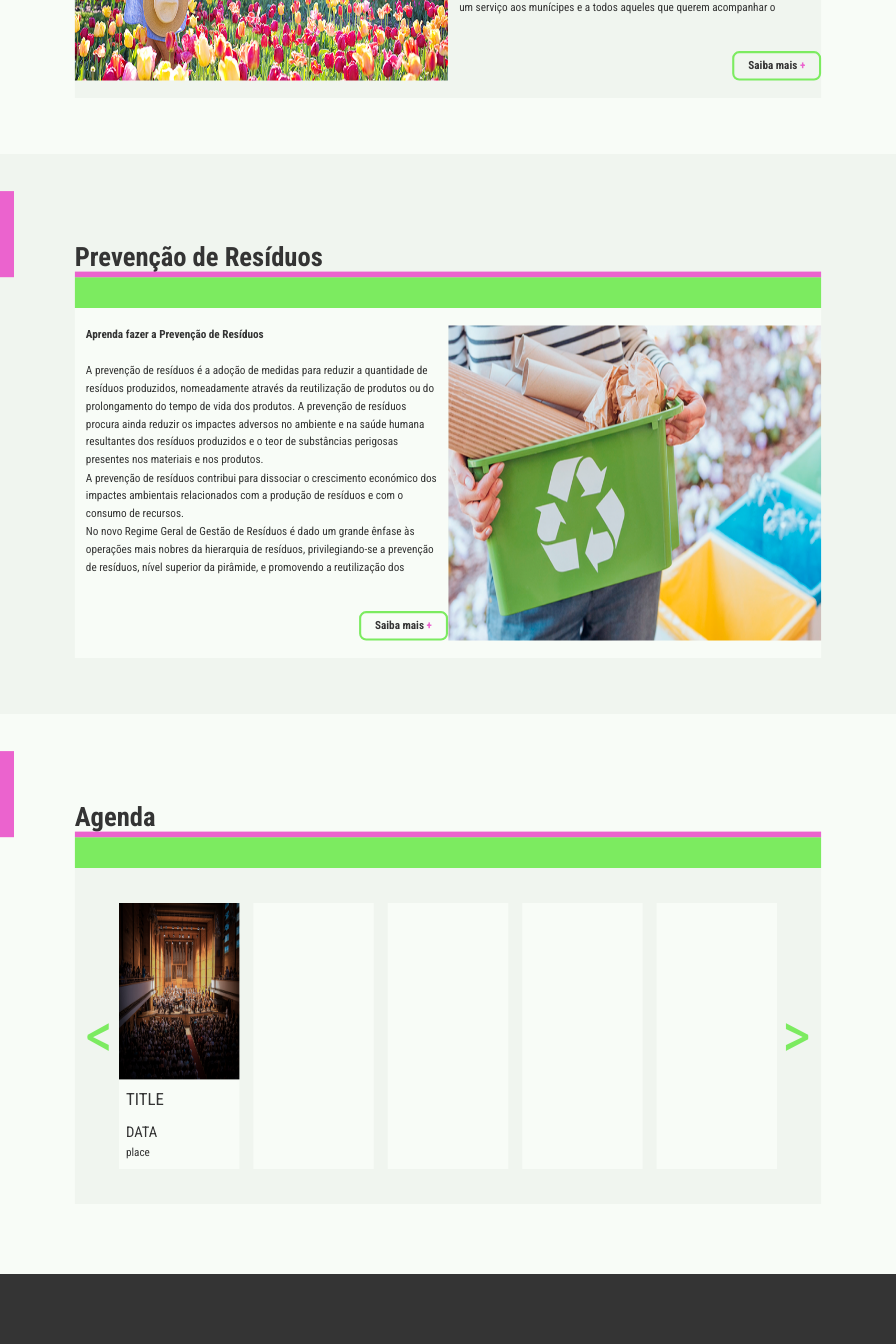
Repository: Goulart94/CmVilaFeliz
Page: index.html
An editor plug-in stored every save of this project. The page is shown before and after the next save, followed by the edit.
The browser window is 1280 px wide. The pictures show the part of the page from y = 3640 to 5560 px (the page is 5560 px tall), at 70% of full size.
The style sheet was rebuilt from its Sass, Less or Tailwind sources for each picture, by a compiler version that may differ from the author's.

Above is the page before, as saved 2022-05-16 14:51:49.

### index.html
<!doctype html>
<html class="no-js" lang="pt" dir="ltr">

<head>
  <meta charset="utf-8">
  <meta http-equiv="x-ua-compatible" content="ie=edge">
  <meta name="viewport" content="width=device-width, initial-scale=1.0">
  <title>Foundation for Sites</title>
  <link rel="stylesheet" href="css/foundation.css">
  <link rel="stylesheet" href="https://unpkg.com/swiper@8/swiper-bundle.min.css" />
  <link rel="stylesheet" href="css/app.css">
  <link rel="preconnect" href="https://fonts.googleapis.com">
  <link rel="preconnect" href="https://fonts.gstatic.com" crossorigin>
  <link href="https://fonts.googleapis.com/css2?family=Roboto+Condensed:wght@400;700&display=swap" rel="stylesheet">
</head>

<body>

  <div class="ContaineHeader grid-x">
    <div class="logo cell small-4 medium-8 large-4">
      <img src="./images/logo.png" alt="logo">
    </div>
    <div class="navBar cell small-8 medium-4 large-8">
      <nav class="float-right">
        <ul>
          <li>Home</li>
          <li>Município</li>
          <li>Família</li>
          <li>Escolas</li>
          <li>Empresas</li>
        </ul>
      </nav>
    </div>
  </div>
  <!--section 1-->
  <section class="containerSectionOne grid-x">
    <div class="containerImg">
      <img src="./images/logolight.png" alt="Vila Feliz">
    </div>
  </section>
  <!--section 2-->
  <section class="containerSectionTwo">

    <div class="orbit" role="region" aria-label="Favorite Space Pictures" data-orbit>
      <ul class="orbit-container grid-x grid-margin-x ">
        <div class="news">
          <div class="now">ACONTECE EM VILA FELIZ</div>
          <div class="allNews">TODAS AS NOTICÍAS</div>
        </div>
        <button class="orbit-previous cell small-3"><span class="buttomSlider">
            < </span> </button> <button class="orbit-next cell small-3"><span class="buttomSlider"> > </span></button>
        <li class="is-active orbit-slide">
          <img class="orbit-image" src="./images/teste1.jpg" alt="Space">
          <div class="orbit-caption grid-x">
            <div class="containerText cell small-6 medium-6 grid-margin-x">
              <h1>Sinfónica Série Clássica</h1>
              <p>Os concertos de sexta-feira à noite são especialmente dedicados à grande música sinfónica, àquelas
                obras-primas que nos arrebatam irresistivelmente e que deram forma ao cânone da música ocidental. Como
                esquecer as inspiradas sinfonias clássicas de Schubert, Haydn, Mozart e Beethoven? Ou a magnitude
                monumental de obras saídas da pena de Mahler e Bruckner? Todos estes são nomes que marcaram a vida
                musical de Viena, a capital do país que serve de tema à programação de 2018. Mas a Série Clássica
                apresenta também fabulosas sinfonias que pela sua sonoridade característica nos levam até outras
                paragens – seja a Finlândia de Sibelius, a Boémia de Dvořák ou as paisagens escocesas que inspiraram
                Mendelssohn, sem esquecer o maior sinfonista português de sempre, Joly Braga Santos. <br></br>

                A música concertante está também, como sempre, presente com solistas virtuosos e interpretações que
                ficam na memória. Joseph Swensen e Christian Zacharias renovam a tradição dos maestros-solistas, mas a
                Orquestra Sinfónica acompanha ainda o Stradivarius ex Viotti 1718 nas mãos experientes do multipremiado
                violinista vienense Benjamin Schmid, e dois jovens solistas com carreira em franca ascensão: a
                violinista georgiana Veriko Tchumburidze e o pianista português Pedro Emanuel Pereira, que interpretam
                os magníficos Concertos de Khatchaturian e de Grieg. Entre partituras tão sedutoras quanto Sonho de Uma
                Noite de Verão de Mendelssohn ou La Valse de Ravel, Don Juan de Strauss ou Danças Sinfónicas de
                Rachmaninoff, a Série Clássica surpreende com a revelação de uma fantástica obra perdida até há bem
                pouco tempo e que tem agitado as salas de concerto de todo o mundo: o Canto Fúnebre de Stravinski.
              </p>
              <div><button class="buttomInfo">Saiba mais <span>+</span></button></div>
            </div>
          </div>
        </li>
        <li class="orbit-slide">
          <img class="orbit-image" src="./images/teste2.jpg" alt="Space">
          <div class="orbit-caption grid-x">
            <div class="containerText cell small-6 medium-6 grid-margin-x">
              <h1>Vila Feliz tem doze praias com bandeira azul</h1>
              <p>Em 2022 o concelho de Odemira conta com 12 praias com Bandeira Azul, o símbolo de qualidade e
                excelência, atribuído pela ABAE – Associação Bandeira Azul da Europa. Nas praias do Malhão Norte, Malhão
                Sul, Franquia, Farol, Furnas Rio, Furnas Mar, Almograve Norte, Almograve Sul, Zambujeira do Mar,
                Alteirinhos, Carvalhal e na praia fluvial de Santa Clara volta a ser hasteada a Bandeira Azul.

                Foram aprovadas as 12 candidaturas apresentadas pela autarquia à Bandeira Azul, o que comprova a
                qualidade das praias odemirenses. Este ano, a época balnear no concelho de Odemira será fixada entre os
                dias 10 de junho e 18 de setembro.

                A Bandeira Azul é um símbolo de qualidade ambiental atribuído anualmente a praias fluviais e costeiras
                que se candidatem ao galardão e que cumpram um conjunto de critérios que incidem nas áreas da Informação
                e Educação Ambiental; Qualidade da Água; Gestão Ambiental e Equipamentos; Segurança e Serviços.

                No âmbito da educação ambiental, o Município de Odemira tem vindo a desenvolver um conjunto de
                atividades, à semelhança de anos anteriores, nas várias praias galardoadas, dedicadas ao tema do
                programa Bandeira Azul de 2022, a “Recuperação de Ecossistemas”.

                A Associação Bandeira Azul da Europa anunciou, no dia 28 de abril, em Cascais, as 393 praias portuguesas
                galardoadas em 2022 com Bandeira Azul pelo Júri Internacional.

                09 maio 2022
              </p>
              <div><button class="buttomInfo">Saiba mais <span>+</span></button></div>
            </div>
          </div>
        </li>
        <li class="orbit-slide">
          <img class="orbit-image" src="./images/teste3.jpg" alt="Space">
          <div class="orbit-caption grid-x">
            <div class="containerText cell small-6 medium-6 grid-margin-x">
              <h1>Município promove capacitação digital de adultos</h1>
              <p>A iniciativa é dirigida a voluntários e a adultos interessados em adquirir competências no mundo
                digital e terá dois momentos, a decorrer nos horários 10.00 / 12.30 horas e 14.00 /16.30 horas.

                Podem ser voluntários neste programa todos os cidadãos, maiores de 18 anos, que queiram
                ensinar/partilhar conhecimentos de tecnologias de informação e tenham gosto em ajudar os outros. Ao
                tornar-se Voluntário, qualquer cidadão pode ajudar a mudar a vida das pessoas que o rodeiam, quer em
                casa ou seio familiar, quer na comunidade. A formação de mentores é gratuita e vai ajudar a compreender
                como se pode ensinar a utilização da internet a alunos mais velhos. Será efetuada na plataforma do
                programa, em vídeo, ou no dia 14 de maio, no Cineteatro Camacho Costa. Quando for concluída a formação,
                será emitido um Certificado de Mentor EUSOUDIGITAL e o participante ficará apto a ensinar a utilizar a
                internet no dia-a-dia e contribuir para tornar Portugal mais digital.

                O programa é dirigido a adultos maiores de 45 anos que pretendam adquirir competências digitais básicas.
                Os
              </p>
              <div><button class="buttomInfo">Saiba mais <span>+</span></button></div>
            </div>
          </div>
        </li>
        <li class="orbit-slide">
          <img class="orbit-image" src="./images/teste4.jpg" alt="Space">
          <div class="orbit-caption grid-x">
            <div class="containerText cell small-6 medium-6 grid-margin-x">
              <h1>Associação promove limpeza em praias</h1>
              <p>A iniciativa contou com a adesão de 100 pessoas, entre sócios e comunidade local, que recolheram um
                total de 1 tonelada de lixo, sendo este na sua maioria lixo relacionado com a atividade piscatória.
                No final houve lugar para um momento de convívo que contou com o apoio da Junta de Freguesia de Vila
                Nova de Milfontes.
                A Associação está a planear a realização de uma nova ação de sensibilização para o final da época
                balnear de 2022.
                Estas iniciativas têm como principal objetivo alertar a população para a importância da conservação e
                manutenção do meio ambiente.
                <br />
                No final houve lugar para um momento de convívo que contou com o apoio da Junta de Freguesia de Vila
                Nova de Milfontes.
                A Associação está a planear a realização de uma nova ação de sensibilização para o final da época
                balnear de 2022.
                Estas iniciativas têm como principal objetivo alertar a população para a importância da conservação e
                manutenção do
                22 abril 2022
              </p>
              <div><button class="buttomInfo">Saiba mais <span>+</span></button></div>
            </div>
          </div>
        </li>
      </ul>
    </div>
  </section>
  <!--section 3-->
  <section class="conteinerSectiontree grid-x">

    <div class="containerTextAPP cell small-7 medium-7 large-7 grid-margin-x">
      <div class="textApp">
        <h1>Agora pode descarregar a nossa app do Cidadão</h1>
        <p>
          Descarregue a nossa aplicação e fique conectado tudo que acontece
          em nosso município. Descarregue já gratuitamente clicando nos botões a baixo,
          versões para Android e IOS.
        </p>
        <div class="containerButtom">
          <button class="buttomPlayStore">Play Store</button>
          <button class="buttomAppStore">App Store</button>
        </div>
      </div>
    </div>
    <div class="contentPhone  cell small-5 medium-5 large-5 ">
      <div>
        <img src="./images/phone.png" alt="phone-app">
      </div>
    </div>

  </section>
  <!--section 4-->
  <section class=" containerSection bgGray150">
    <div class="contentHeader grid-x ">
      <div class="formaContent cell small-1 medium-1 large-1 ">
        <div class="formaSmall"></div>
      </div>
      <div class="divTitle cell small-10 medium-10 large-10">
        <span class="title">Atalhos</span>
        <div class="formaLarge"></div>
      </div>

    </div>
    <div class="contentShortcuts grid-x ">
      <div class=" cell small-10 medium-offset-1 large-10  grid-x ">
        <div class=" cell small-3 medium-3 large-3">
          <div class="shortcuts">
            <h3>Município</h3>
            <span>Ação Social</span>
            <ul>
              <li><a>Vila Feliz Solidária</a></li>
              <li><a>Local de Voluntariado</a> </li>
              <li><a>Comissão de Proteção de Crianças</a></li>
              <li><a>Preparação Individualizada</a></li>
            </ul>
          </div>

        </div>
        <div class="cell small-3 medium-3 large-3">
          <div class="shortcuts">
            <h3>Escolas</h3>
            <span>Educação</span>
            <ul>
              <li><a>Conselho Municipal de Educação</a></li>
              <li><a>
                  Escolas do Concelho
                </a> </li>
              <li><a>Refeições Escolares</a></li>
              <li><a>Transportes Escolares</a></li>
            </ul>
          </div>

        </div>
        <div class="cell small-3 medium-3 large-3">
          <div class="shortcuts">
            <h3>Família</h3>
            <span>Lazer</span>
            <ul>
              <li><a>Vila Feliz turismo</a></li>
              <li><a>Áreas verdes</a> </li>
              <li><a>Parques</a></li>
              <li><a>Eventos</a></li>
            </ul>
          </div>
        </div>
        <div class="cell small-3 medium-3 large-3">
          <div class="shortcuts">
            <h3>Empresas</h3>
            <span>Empreendedorismo</span>
            <ul>
              <li><a>Incubadora de Empresas</a></li>
              <li><a>Local de Voluntariado</a> </li>
              <li><a>Gabinete de Apoio ao Empresário</a></li>
              <li><a>Vila Feliz living</a></li>
            </ul>
          </div>
        </div>
      </div>
    </div>
  </section>
  <!--section 5-->
  <section class=" containerSection bgGray50 ">
    <div class="contentHeader grid-x ">
      <div class="formaContent cell small-1 medium-1 large-1 ">
        <div class="formaSmall"></div>
      </div>
      <div class="divTitle cell small-10 medium-10 large-10">
        <span class="title">Sobre o Projeto</span>
        <div class="formaLarge"></div>
      </div>
    </div>
    <div class="contentAboutUs grid-x ">
      <div class=" cell small-10 medium-offset-1 large-10  grid-x ruleGreen"></div>
      <div class=" cell small-10 medium-offset-1 large-10  grid-x bgGray150">
        <div class="cell small-6 medium-6 large-6 containerImg">
          <div class="contentImg">
            <img src="./images/about.png" alt="mulher no jardim">
          </div>
        </div>
        <div class="cell small-6 medium-6 large-6 containerText">
          <div class="contentText">
            <p>
              <span>Bem Vindo ao "website" do Município de Vila Feliz</span><br />
              <br />
              Nos dias que correm, a Internet é uma peça decisiva na nossa vida e seguramente, sê-lo-á cada vez mais.
              Por
              isso apostamos neste site.<br />
              O Município de Vila Feliz proporciona-lhe desta forma uma renovada plataforma de comunicação, que pretende
              ser uma “porta aberta” para o concelho e para a sua Câmara Municipal, com novas funcionalidades,
              valorizando
              a relação de proximidade que pretendo ter, sempre, com os seus moradores.<br />
              Agora também podes descarregar nossa app móvel, basta visitar a loja de apps do seu smartphone ou tablet e
              pesquisar por “Vila Feliz Presente”, com app descarregada terás podera acessa todas as informações do
              nosso
              município.<br />
              Este website foi concebido para privilegiar a interatividade e pretende oferecer um serviço aos munícipes
              e
              a todos aqueles que querem acompanhar o trabalho da Câmara Municipal de Vila Feliz, a vida do concelho em
              geral e a possibilidade de intervir e contribuir de uma forma mais ativa para o seu desenvolvimento. (...)
            </p>
            <div>
              <button class="buttomKnowMore">Saiba mais <span>+</span></button></div>
          </div>
        </div>
      </div>
    </div>
  </section>
  <!--section 6-->
  <section class=" containerSection bgGray150 ">
    <div class="contentHeader grid-x ">
      <div class="formaContent cell small-1 medium-1 large-1 ">
        <div class="formaSmall"></div>
      </div>
      <div class="divTitle cell small-10 medium-10 large-10">
        <span class="title">Prevenção de Resíduos</span>
        <div class="formaLarge"></div>
      </div>
    </div>
    <div class="contentAboutUs grid-x ">
      <div class=" cell small-10 medium-offset-1 large-10  grid-x ruleGreen"></div>
      <div class=" cell small-10 medium-offset-1 large-10  grid-x bgGray50">
        <div class="cell small-6 medium-6 large-6 containerText">
          <div class="contentText">
            <p>
              <span>Aprenda fazer a Prevenção de Resíduos</span><br />
              <br />
              A prevenção de resíduos é a adoção de medidas para reduzir a quantidade de resíduos produzidos,
              nomeadamente através da reutilização de produtos ou do prolongamento do tempo de vida dos produtos. A
              prevenção de resíduos procura ainda reduzir os impactes adversos no ambiente e na saúde humana resultantes
              dos resíduos produzidos e o teor de substâncias perigosas presentes nos materiais e nos produtos.<br />

              A prevenção de resíduos contribui para dissociar o crescimento económico dos impactes ambientais
              relacionados com a produção de resíduos e com o consumo de recursos.<br />

              No novo Regime Geral de Gestão de Resíduos é dado um grande ênfase às operações mais nobres da hierarquia
              de resíduos, privilegiando-se a prevenção de resíduos, nível superior da pirâmide, e promovendo a
              reutilização dos produtos por exemplo através do recurso a materiais reutilizáveis ou à doação de
              produtos, prolongando a sua vida útil e contribuindo assim para a redução de resíduos. Adicionalmente são
              introduzidas disposições(...)
            </p>
            <div>
              <button class="buttomKnowMore">Saiba mais <span>+</span></button></div>
          </div>

        </div>
        <div class="cell small-6 medium-6 large-6 containerImg">
          <div class="contentImg">
            <img src="./images/prevenção.png" alt="mulher no jardim">
          </div>
        </div>
      </div>
    </div>



  </section>
  <!--section 7-->
  <section class=" containerSection bgGray50 ">
    <div class="contentHeader grid-x ">
      <div class="formaContent cell small-1 medium-1 large-1 ">
        <div class="formaSmall"></div>
      </div>
      <div class="divTitle cell small-10 medium-10 large-10">
        <span class="title">Agenda</span>
        <div class="formaLarge"></div>
      </div>

    </div>
    <div class="contentschedule grid-x ">
      <div class=" cell small-10 medium-offset-1 large-10  grid-x ruleGreen"></div>
      <div class=" cell small-10 medium-offset-1 large-10 contentDates bgGray150">
        <div class="orbit" role="region" aria-label="Favorite Space Pictures" data-orbit>
          <ul class="orbit-container grid-x grid-margin-x ">
            <button class="orbit-previous cell small-3"><span class="buttomPreviousSlider">< </span> </button>
            <button class="orbit-next cell small-3"><span class="buttomNextSlider"> > </span></button>
            <li class="is-active orbit-slide">
              <div class="contentSlider">
                <div class="news">
                   <img src="./images/teste1.jpg" alt=" news">
                   <div>
                     <ul class="infoNews">
                       <li class="title">TITLE</li>
                       <li class="date">DATA</li>
                       <li class="place">place</li>
                     </ul>
                   </div>


                </div>
                <div class="news"></div>
                <div class="news"></div>
                <div class="news"></div>
                <div class="news"></div>
              </div>
            </li>
            <li class="orbit-slide">
              <div class="contentSlider">
                <div class="news"></div>
                <div class="news"></div>
                <div class="news"></div>
                <div class="news"></div>
                <div class="news"></div>

              </div>

            </li>
            <li class="orbit-slide">
              <div class="contentSlider">
                <div class="news"></div>
                <div class="news"></div>
                <div class="news"></div>
                <div class="news"></div>
                <div class="news"></div>
              </div>

            </li>

          </ul>
        </div>

      </div>
    </div>
  </section>
  <!--Footer-->
  <div class="footer">

  </div>







  <script src="js/vendor/jquery.js"></script>
  <script src="js/vendor/what-input.js"></script>
  <script src="js/vendor/foundation.js"></script>
  <script src="js/app.js"></script>
  <script src="https://unpkg.com/swiper/swiper-bundle.min.js"></script>

  <!-- Initialize Swiper -->
  <script>
    var swiper = new Swiper(".mySwiper", {
      slidesPerView: 4,
      spaceBetween: 30,
      centeredSlides: true,
      pagination: {
        el: ".swiper-pagination",
        clickable: true,
      },
    });
  </script>
</body>

</html>

Loaded but not shown: js/vendor/jquery.js (library); js/vendor/what-input.js (library); js/vendor/foundation.js (library); js/app.js (common file); css/foundation.scss (6468 lines, source omitted); css/app.scss (528 lines, source omitted)

After the next save:
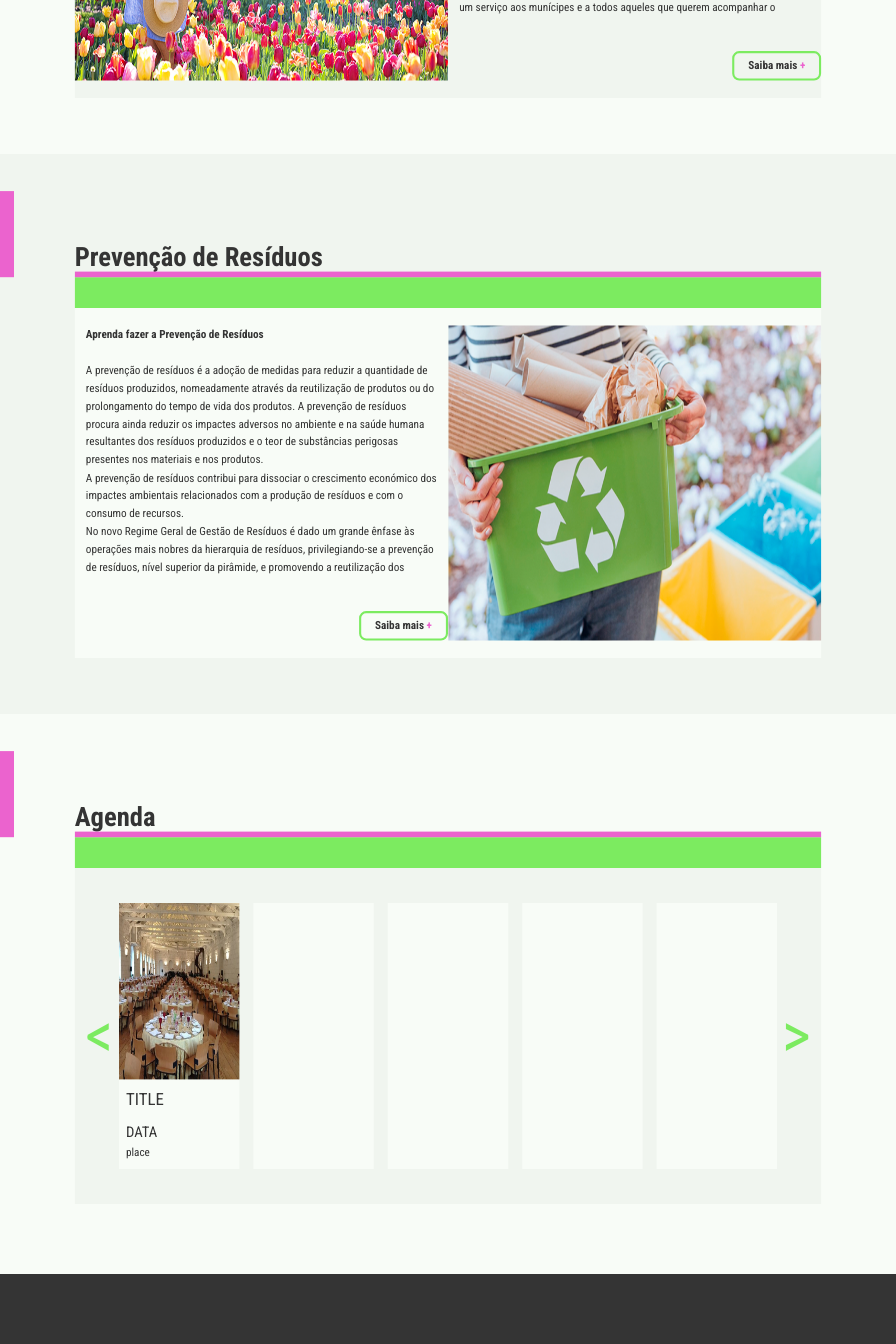
Saved 21 min 24 s later.
--- a/index.html
+++ b/index.html
@@ -372,7 +372,7 @@
             <li class="is-active orbit-slide">
               <div class="contentSlider">
                 <div class="news">
-                   <img src="./images/teste1.jpg" alt=" news">
+                   <img src="./images/sliderNews/slider1.jpg" alt=" news">
                    <div>
                      <ul class="infoNews">
                        <li class="title">TITLE</li>
